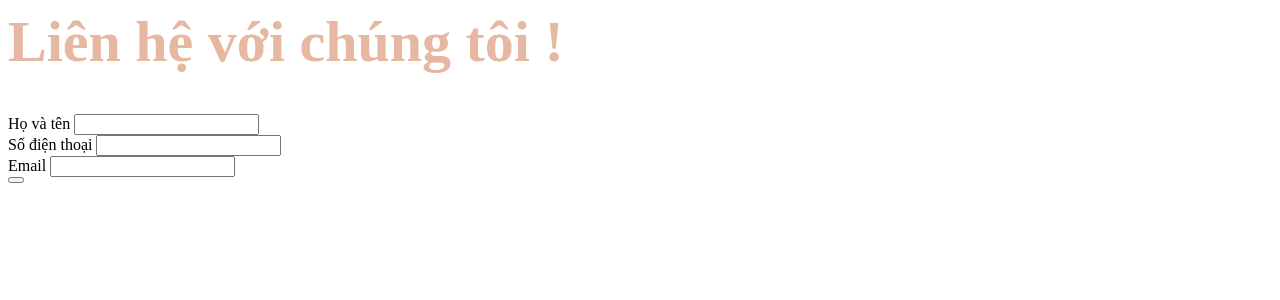
Repository: mingbeo100-boop/website_bancheonline
Page: http://localhost/pages/lienhe.php
These files come from the project's save history. The page is drawn as it stood at one moment and after the next save; the edit follows.
The browser window is 1280 px wide. The pictures show the whole page.
The page is run by PHP 8.4 with error messages shown; the project is at /var/www/html/.

Above is the page before, as saved 2025-11-27 07:57:31.

### pages/lienhe.php
    <style>
        h1 {
            font-family: 'Dancing Script', cursive;
            color: #E6B8A2;
            font-size: 58px;
        }
    </style>

    <h1 class="text-center">Liên hệ với chúng tôi !</h1>

    <form>
        <label>Họ và tên</label>
        <input type="text" name="name" required> <br>
        <label>Số điện thoại</label>
        <input type="number" name="number" required> <br>
        <label>Email</label>
        <input type="email" name="email" required> <br>
        <button type="submit" value="GỬI"></button>
    </form>

After the next save:
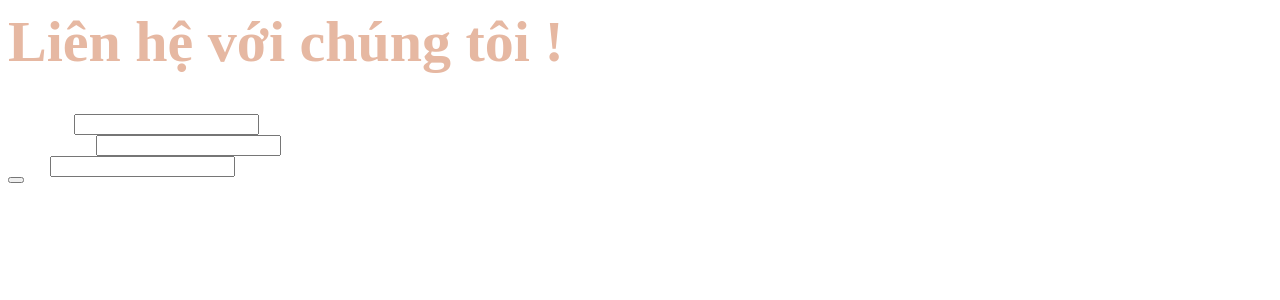
Saved 42 s later.
--- a/pages/lienhe.php
+++ b/pages/lienhe.php
@@ -3,6 +3,10 @@
             font-family: 'Dancing Script', cursive;
             color: #E6B8A2;
             font-size: 58px;
+        }
+
+        label {
+            color: white;
         }
     </style>
 
